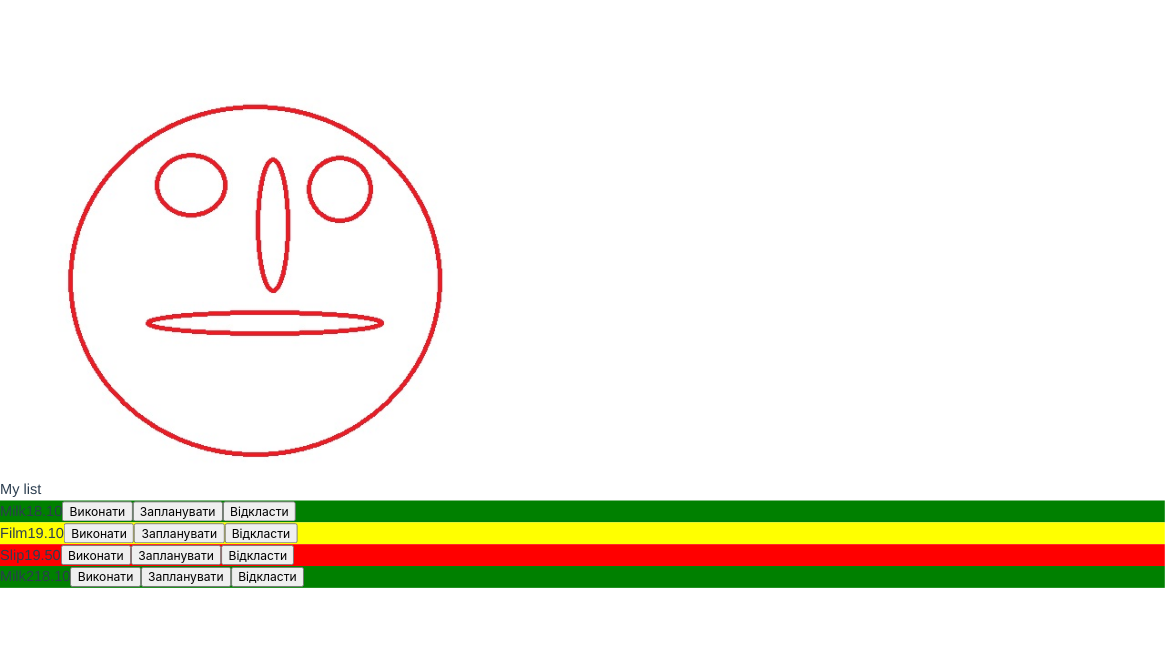
Repository: Olegche/sushi
Page: /
These files come from the project's save history. The page is drawn as it stood at one moment and after the next save; the edit follows.
The browser window is 1280 px wide. The pictures show the whole page, at 91% of full size.
The project was rebuilt for these pictures with package versions that can differ from the ones it lists, and the page was loaded fresh each time.

Above is the page before, as saved 2020-10-12 09:58:46.

After the next save:
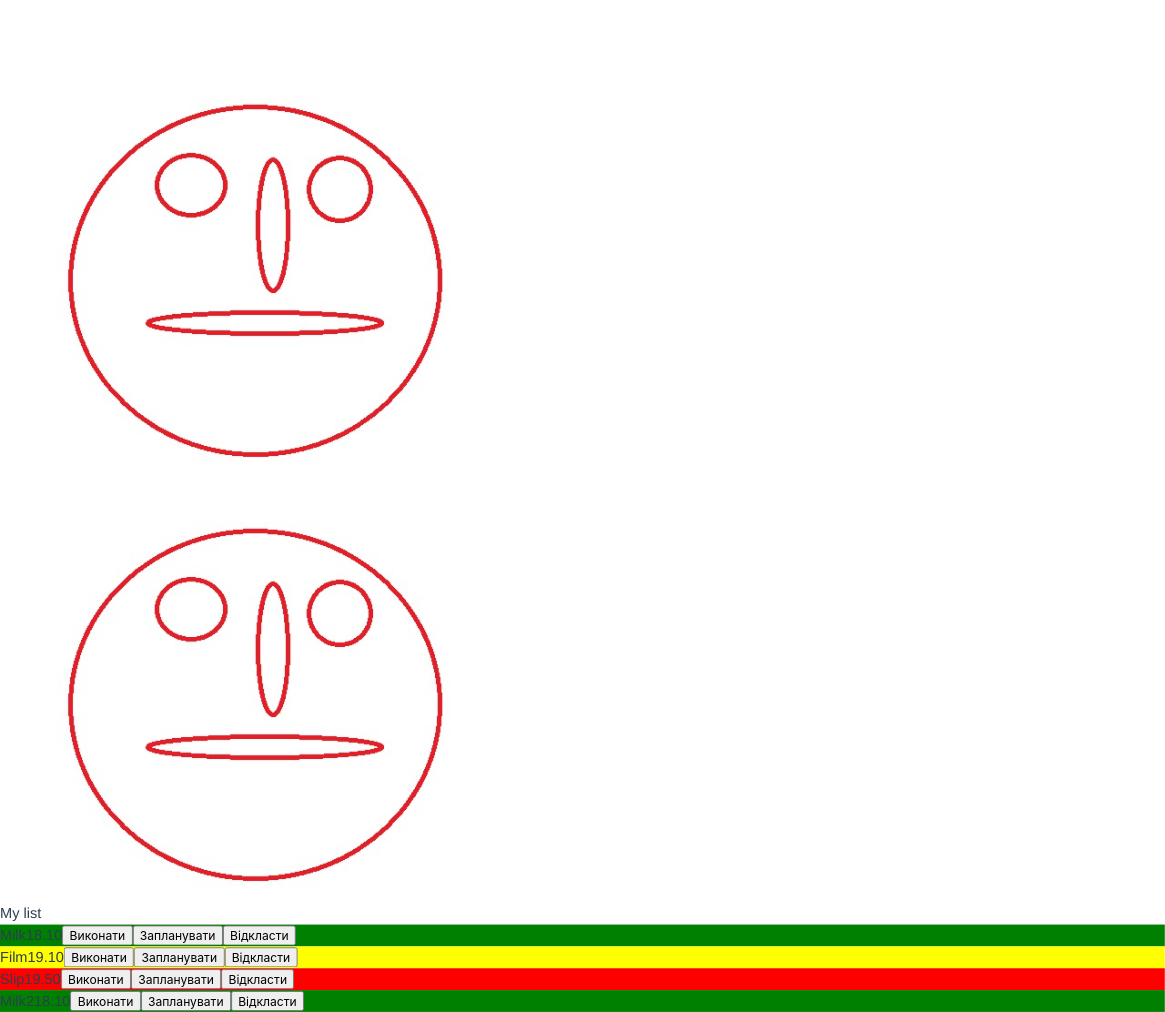
Saved 2 min 58 s later.
--- a/src/components/TodoList/index.vue
+++ b/src/components/TodoList/index.vue
@@ -1,6 +1,13 @@
 <template>
     <div>
+        <div :class="img-container">
+            <div :class="img-1">
 <img :src="imm" alt="">
+</div>
+            <div :class="img-2">
+<img :src="imm" alt="">
+</div>
+</div>
         <div>{{title}}</div>
         <div>
             <todo-item v-for="taskItem in tasksList" :key="taskItem.id"
@@ -50,6 +57,17 @@ import TodoItem from "./TodoItem";
     }
 </script>
 
-<style lang="scss" scoped>
-
+<style lang="css" scoped>
+.image-container{
+    width: 100%;
+display: flex;
+}
+.image-1{
+    width:100px;
+    float: left;
+}
+.image-1{
+    width:100px;
+    float: right;
+}
 </style>
